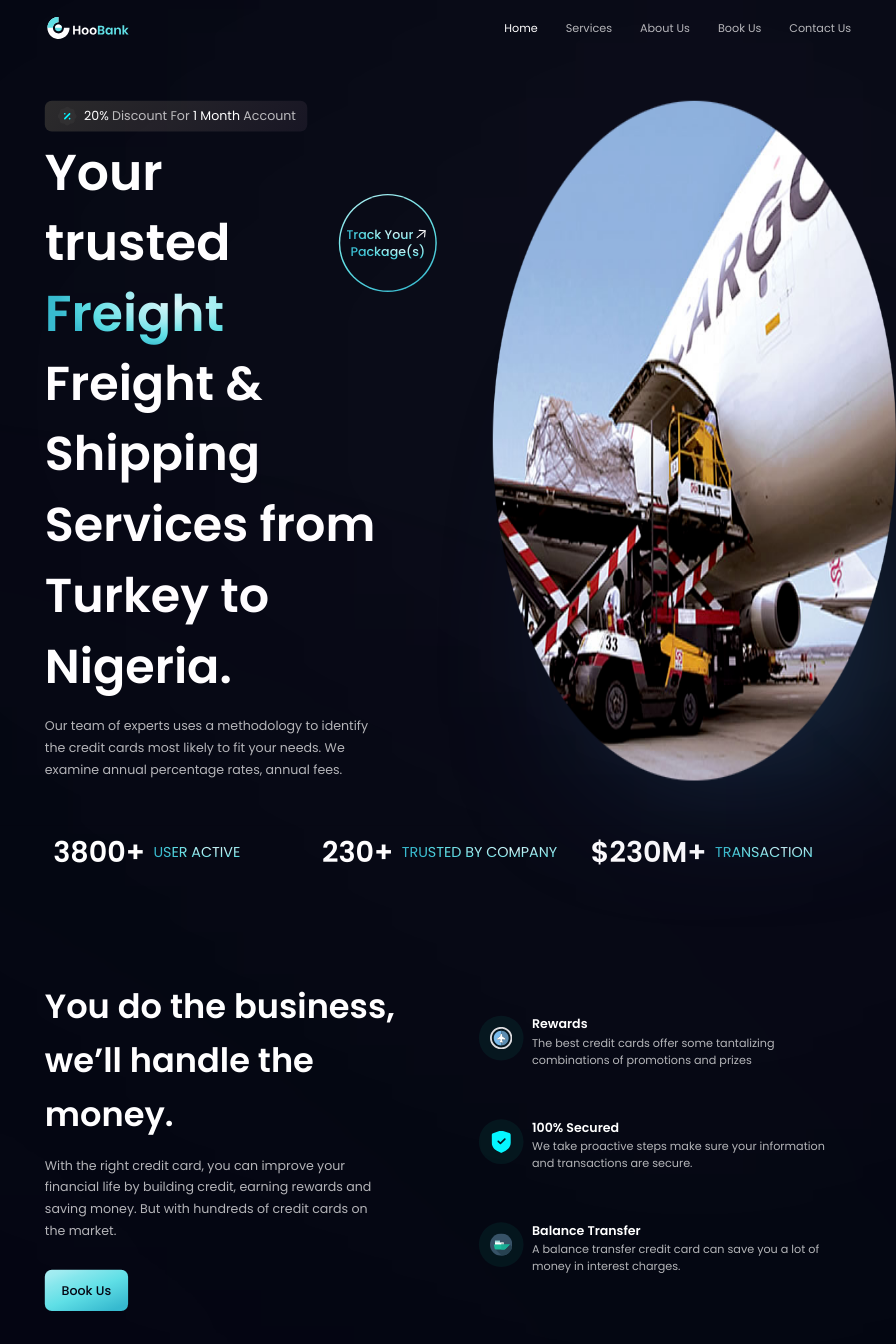
Repository: Miracleoluebube/captionlogistics
Page: /
An editor plug-in stored every save of this project. The page is shown before and after a run of saves, followed by the edit.
The browser window is 1280 px wide. The pictures show the part of the page from y = 0 to 1920 px (the page is 5418 px tall before and 5519 px after), at 70% of full size.
The project was rebuilt for these pictures with package versions that can differ from the ones it lists, and the page was loaded fresh each time. Also part of the build but not shown: vite.config.js.

Above is the page before, as saved 2022-10-01 11:42:29.

After the next 3 saves:
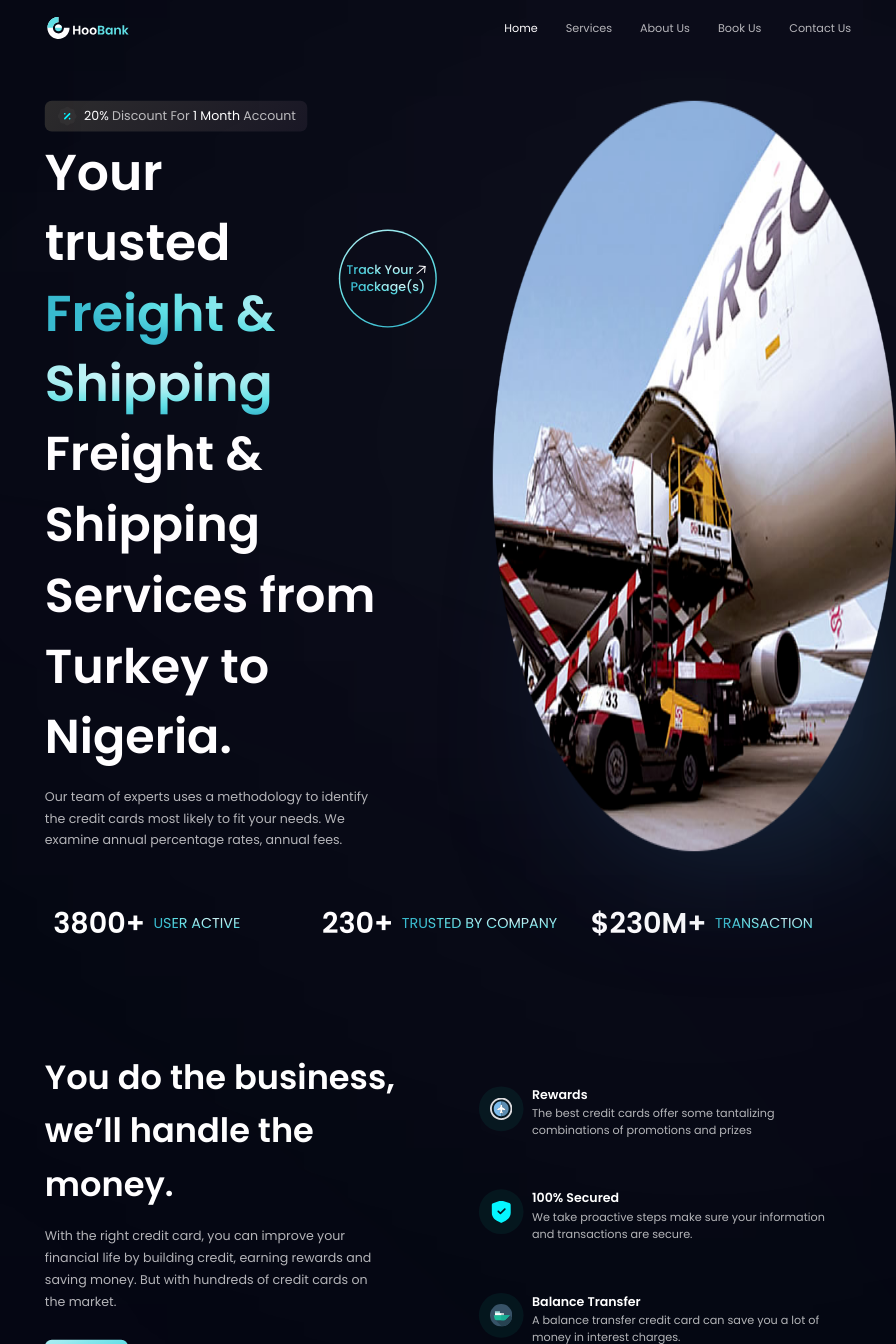
The 3 saves are shown as one change because they came seconds apart.
The last was saved 8 s later.
--- a/src/components/Hero.jsx
+++ b/src/components/Hero.jsx
@@ -17,7 +17,7 @@
         <div className="flex flex-row justify-between items-center w-full">
           <h1 className="flex-1 font-poppins font-semibold ss:text-[72px] text-[52px] text-white ss:leading-[100.8px] leading-[75px]">
             Your trusted <br className="sm:block hidden" />{" "}
-            <span className="text-gradient">Freight </span>{" "}
+            <span className="text-gradient">Freight & Shipping</span>{" "}
           </h1>
           <div className="ss:flex hidden md:mr-4 mr-0">
             <GetStarted />
